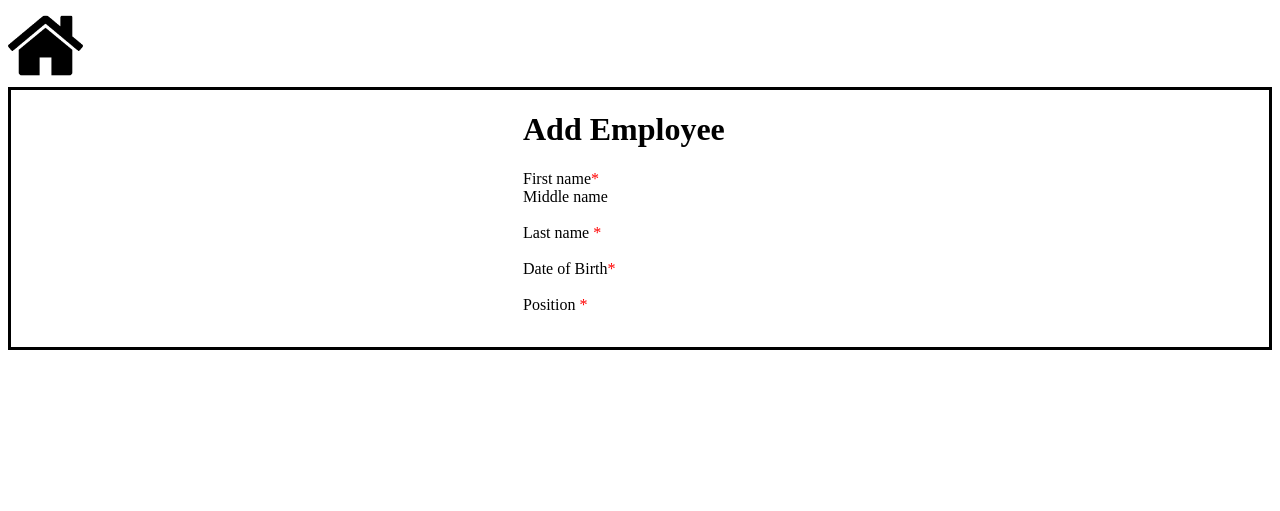
Repository: ticross18/SpringBootEmployeeSystem
Page: EmploymentSystem/src/main/resources/static/addEmp.html
The author's editor kept a copy of each file at every save. The page is drawn from the files as they stood at one save, then again after the next save.
The browser window is 1280 px wide. The pictures show the whole page.

Above is the page before, as saved 2022-05-18 19:13:09.

### EmploymentSystem/src/main/resources/static/addEmp.html
<!DOCTYPE html>
<html>

<head>
	<title>Add Employee</title>
	<meta charset="UTF-8">
	<meta name="viewport" content="width=device-width, initial-scale=1.0">
	<link href="css/screens.css" rel="stylesheet" type="text/css">
</head>

<body>

	<a href="/"><img src="images/homeIcon2.png" id="homeButton" alt="home button"></a>

	<div id="addEmpBox">
		<h1 id="title">Add Employee</h1>


		    <form action="add employee" method="post" modelAttribute="Employees" id="userInput">
			<form:label for="fname">First name<span class="asterisk">*</span> </flabel <br>
			<form:input type="text" id="fname" name="fname"><br>
			<form:label for="mname">Middle name</form:label><br>
			<form:input type="text" id="mname" name="mname"><br>
			<form:label for="lname">Last name <span class="asterisk">*</span> </form:label><br>
			<form:input type="text" id="lname" name="lname"><br>
			<form:label for="dob">Date of Birth<span class="asterisk">*</span> </form:label><br>
			<form:input type="date" id="dob" name="dob"><br>
			<form:label for="position">Position <span class="asterisk">*</span> </form:label><br>
			<form:input type="text" id="position" name="position"><br>
			<form:input type="submit" id="submit" name="submit" formmethod="post" />
			</tr>
		</form>
	</div>

</body>

</html>

### EmploymentSystem/src/main/resources/static/css/screens.css
.container {
   display: flex;

}

#homeButton{
	width:75px;
	height:75px;
	position: relative;
}

.asterisk{
	color: red;
}

#addEmpBox {
	padding-left: 40vw;
	border: 3px solid rgb(0, 0, 0);
	padding-bottom: 15px;
}

#addEmpBox input {
	margin-bottom: 15px;
	padding: 2px;
}

#SearchEmpBox {
	border: 3px solid rgb(0, 0, 0);
	padding-bottom: 15px;
	margin-right: 15vw;
	text-align: center;
}

#userInput {
	display:inline-table;
}

#results {
	border: 2px solid black;
	margin: 10px;
	background-color: lightgrey;
	border-collapse: collapse;
	margin:  3vh 3vw;
}

#results th {
	padding: 2vh 3vw;
	border-left: 1px solid #000;
    border-right: 1px solid #000;
}

#results td {
	padding: 1vh 3vw ;
	border-left: 1px solid #000;
    border-right: 1px solid #000;

}

#finalEdit{
	text-align: left;
	position: left;
}

button.optionButtons {
	border-radius: 10px;
	margin-top: 10px;
	margin-right: 10vw;
	height: 5vh;
	border: 3px solid rgb(0, 0, 0);
}

button.optionButtons:active {
  box-shadow: 0 5px #666;
  transform: translateY(4px);
}

button.optionButtons:hover {
  background-color: rgb(255, 255, 128);
  cursor: pointer;
}

#dateRange {
	border: 3px solid rgb(0, 0, 0);
	width:fit-content;
	margin: 3vh;
	padding: 2vh;
}



.monthDropDown {
	width:110px;
}


tr.entries:hover {
  background-color: white;
  cursor: pointer;
}

h3 {
	background-color: lightgrey;

}

#submitComp {
	margin-left:10px;
	width:80px;
}

After the next save:
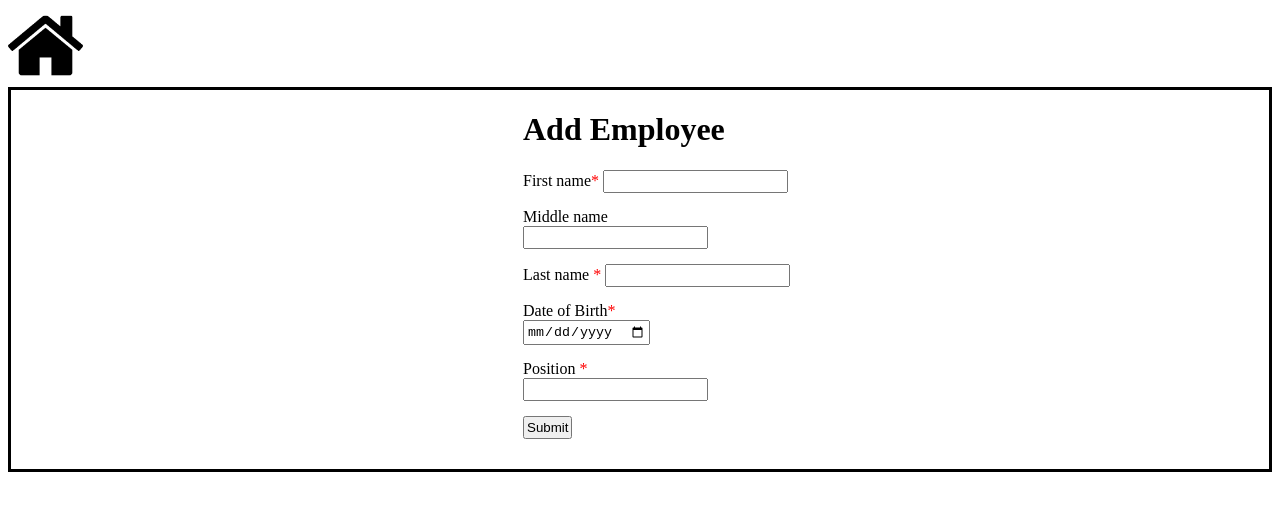
Saved 31 s later.
--- a/EmploymentSystem/src/main/resources/static/addEmp.html
+++ b/EmploymentSystem/src/main/resources/static/addEmp.html
@@ -17,17 +17,17 @@
 
 
 		    <form action="add employee" method="post" modelAttribute="Employees" id="userInput">
-			<form:label for="fname">First name<span class="asterisk">*</span> </flabel <br>
-			<form:input type="text" id="fname" name="fname"><br>
-			<form:label for="mname">Middle name</form:label><br>
-			<form:input type="text" id="mname" name="mname"><br>
-			<form:label for="lname">Last name <span class="asterisk">*</span> </form:label><br>
-			<form:input type="text" id="lname" name="lname"><br>
-			<form:label for="dob">Date of Birth<span class="asterisk">*</span> </form:label><br>
-			<form:input type="date" id="dob" name="dob"><br>
-			<form:label for="position">Position <span class="asterisk">*</span> </form:label><br>
-			<form:input type="text" id="position" name="position"><br>
-			<form:input type="submit" id="submit" name="submit" formmethod="post" />
+			<label for="fname">First name<span class="asterisk">*</span> </flabel <br>
+			<input type="text" id="fname" name="fname"><br>
+			<label for="mname">Middle name</label><br>
+			<input type="text" id="mname" name="mname"><br>
+			<label for="lname">Last name <span class="asterisk">*</span> </flabel <br>
+			<input type="text" id="lname" name="lname"><br>
+			<label for="dob">Date of Birth<span class="asterisk">*</span> </label><br>
+			<input type="date" id="dob" name="dob"><br>
+			<label for="position">Position <span class="asterisk">*</span> </label><br>
+			<input type="text" id="position" name="position"><br>
+			<input type="submit" id="submit" name="submit" formmethod="post" />
 			</tr>
 		</form>
 	</div>
